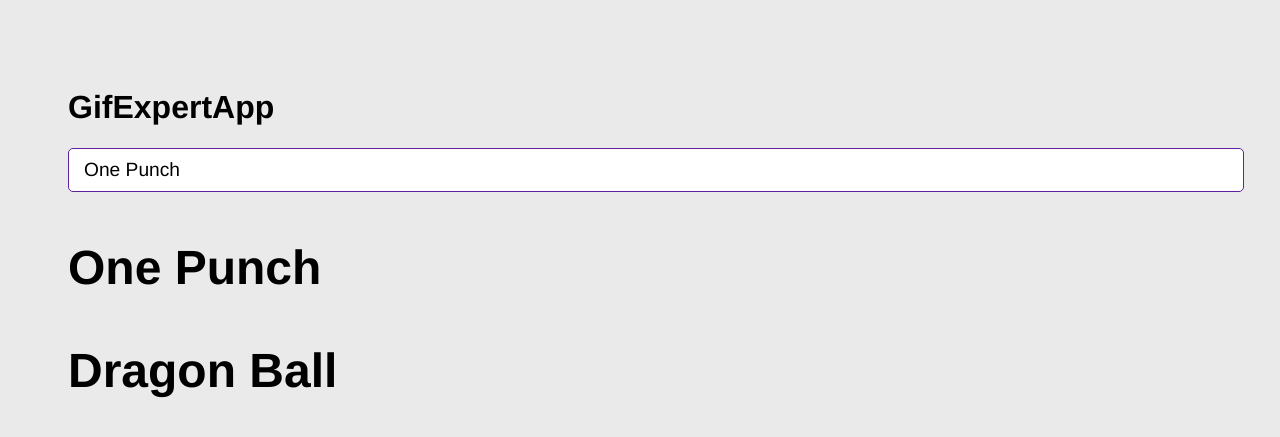
Repository: bryanesteban/gif-expert-app
Page: /
The author's editor kept a copy of each file at every save. The page is drawn from the files as they stood at one save, then again after the next save.
The browser window is 1280 px wide. The pictures show the whole page.
The page's requests for data from a server got no answer. The project was rebuilt for these pictures with package versions that can differ from the ones it lists, and the page was loaded fresh each time. No one was signed in, and anything a server would have sent is missing. Also part of the build but not shown: vite.config.js.

Above is the page before, as saved 2024-06-14 16:02:56.

### src/main.jsx
import React from 'react'
import ReactDOM from 'react-dom/client'
import { GifExpertApp } from './GifExpertApp'

import './styles.css';

ReactDOM.createRoot(document.getElementById('root')).render(
  <React.StrictMode>
    <GifExpertApp />
  </React.StrictMode>,
)

### src/GifExpertApp.jsx
import { useState } from "react";
import { AddCategory } from "./components/AddCategory";
import { GifGrid } from "./components/GifGrid";


export const GifExpertApp = () => {




    const [ categories , setCategories ] = useState([ 'One Punch', 'Dragon Ball']);

    const onAddCategory = ( newCategory ) => {

        if(categories.includes(newCategory) ) return ;
        setCategories([...categories,newCategory]);

        // setCategories(cat => [...cat,'Fullmetal Alchemist']);
    }

    return (
    <>

    <h1>GifExpertApp</h1>

    <AddCategory
        // setCategories={ setCategories }
        onNewCategory={ event => onAddCategory(event)}
    />


    <>
        { categories.map( ( category ) => (
                <GifGrid
                    key={ category }
                    category={category}/>

            ))
        }

    </>

    </>
  )
};

### src/components/AddCategory.jsx
import { useState } from "react";
// import PropTypes from 'prop-types';

export  const AddCategory = ( { onNewCategory } ) =>{


   const [inputValue, setInputValue] = useState('One Punch');

    const onInputChange= ({target}) => {
        setInputValue(target.value);
    }

    const onsubmit =( event ) => {
        event.preventDefault();

        if(inputValue.trim().length <= 1 ) return;

        // setCategories(categories => [inputValue, ...categories] );
        onNewCategory( inputValue.trim() );
        setInputValue('');
    }

    return (
        <form onSubmit={(event) => onsubmit(event)}>

        <input
            type="text"
            placeholder="Buscar Gifs"
            value={ inputValue }
            onChange={ (event) =>  onInputChange(event) }
            />
        </form>

    )
}

### src/components/GifGrid.jsx

export const GifGrid = ( { category } ) => {


    const getGifs = async() => {
        const url = `api.giphy.com/v1/gifs/search?api_key=wkNKjzDOTHN6xA0jBAK4SwQopZ9FDoZI&q= ${ category}`;

        const resp = await fetch ( url);

        console.log(resp);


    }

    getGifs();
    return (
       <>
            <h3> { category } </h3>

       </>
    )
}

Loaded but not shown: index.html (common file); src/styles.css (common file)

After the next save:
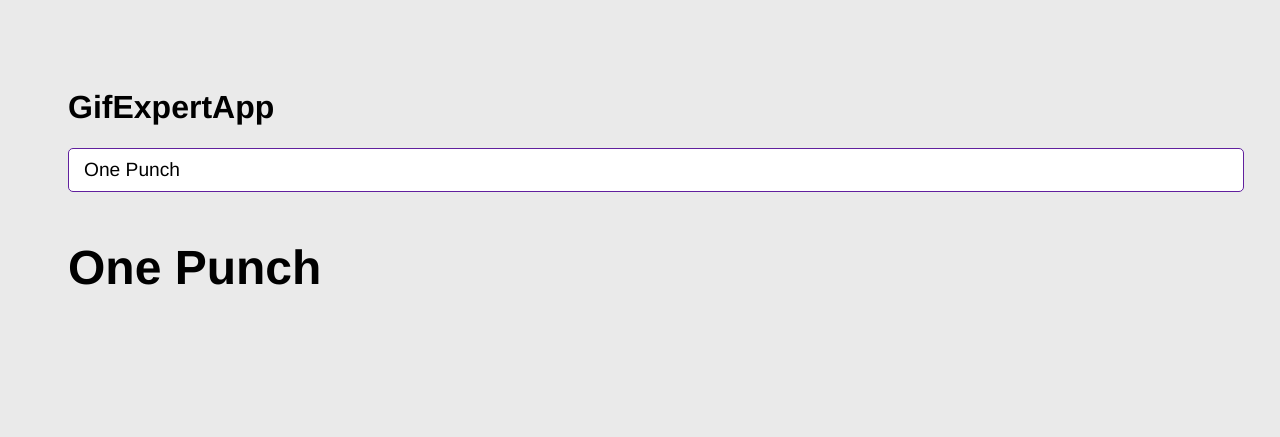
Saved 56 s later.
--- a/src/GifExpertApp.jsx
+++ b/src/GifExpertApp.jsx
@@ -8,7 +8,7 @@ export const GifExpertApp = () => {
 
 
 
-    const [ categories , setCategories ] = useState([ 'One Punch', 'Dragon Ball']);
+    const [ categories , setCategories ] = useState([ 'One Punch']);
 
     const onAddCategory = ( newCategory ) => {
 
